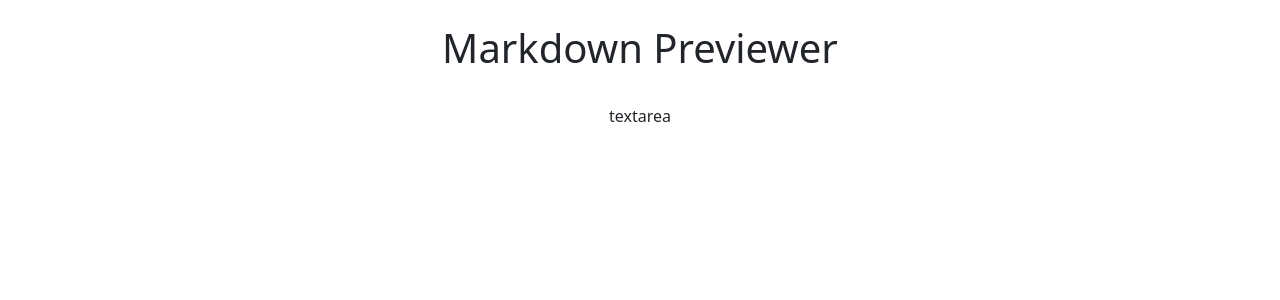
Repository: MikeeBuilds/markdownpreviewer
Page: index.html
The author's editor kept a copy of each file at every save. The page is drawn from the files as they stood at one save, then again after a run of saves.
The browser window is 1280 px wide. The pictures show the whole page.

Above is the page before, as saved 2023-04-15 14:17:58.

After the next 3 saves:
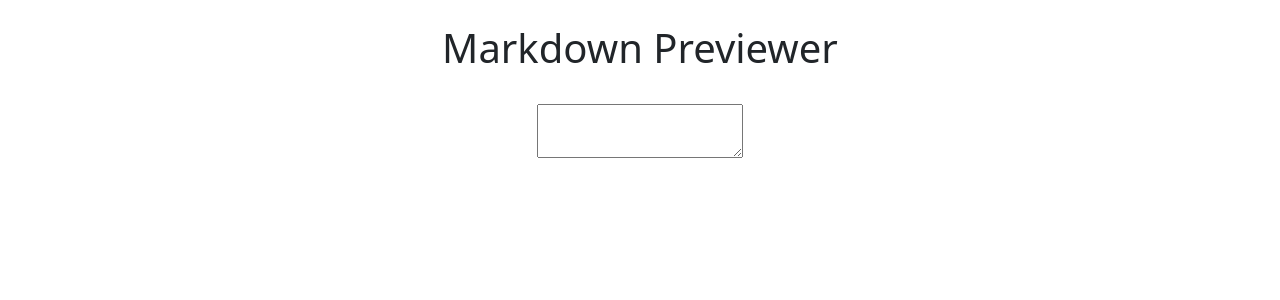
The 3 saves are shown as one change because they came seconds apart.
The last was saved 10 s later.
--- a/index.js
+++ b/index.js
@@ -2,7 +2,7 @@ function App() {
     return (
         <div className="text-center px-4">
             <h1 className="p-4">Markdown Previewer</h1>
-            textarea
+            <textarea/>
         </div>
 
     )
